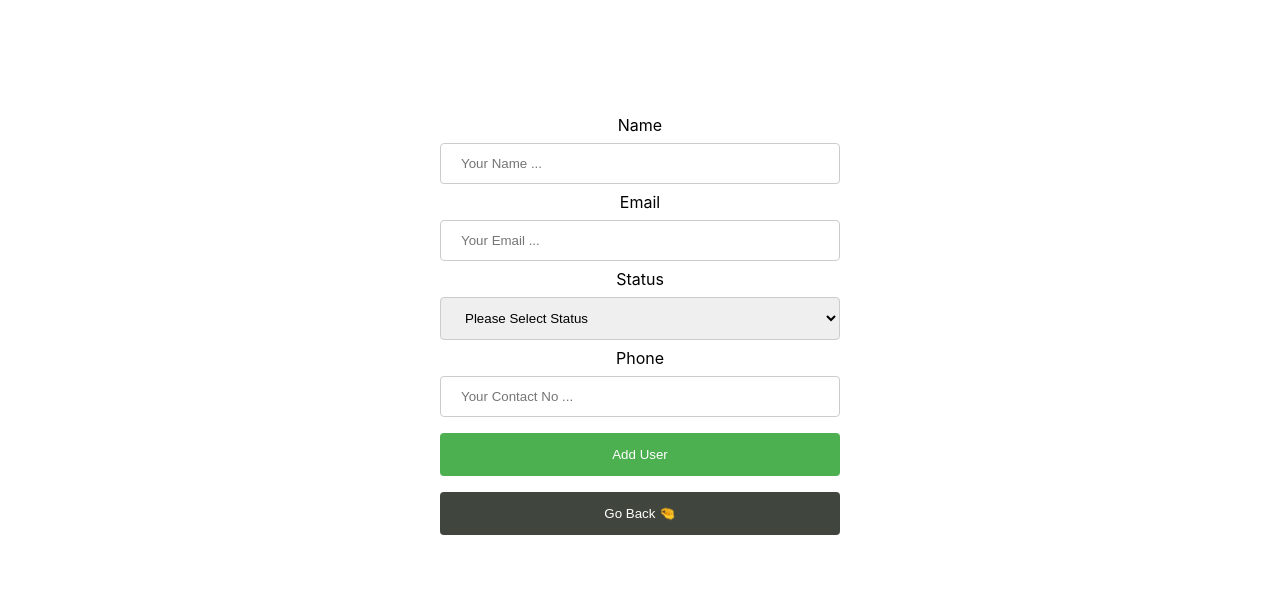
Repository: fdhhhdjd/Redux-Toolkit-CURD-Firebase
Page: /add
These files come from the project's save history. The page is drawn as it stood at one moment and after the next save; the edit follows.
The browser window is 1280 px wide. The pictures show the whole page.
The project was rebuilt for these pictures with package versions that can differ from the ones it lists, and the page was loaded fresh each time. Also part of the build but not shown: src/Styles/Home.css, src/Component/Moments.js, src/Component/Home.js, src/Styles/View.css, src/Component/View.js.

Above is the page before, as saved 2021-10-25 13:58:09.

### src/index.js
import React from "react";
import ReactDOM from "react-dom";
import "./index.css";
import App from "./App";
import store from "./Redux/Store";
import { Provider } from "react-redux";
import * as serviceWorker from "./serviceWorker";
import { ToastContextProvider } from "./ToastContext/ToastContext";

ReactDOM.render(
  <React.StrictMode>
    <Provider store={store}>
      <ToastContextProvider>
        <App />
      </ToastContextProvider>
    </Provider>
  </React.StrictMode>,
  document.getElementById("root")
);

// If you want your app to work offline and load faster, you can change
// unregister() to register() below. Note this comes with some pitfalls.
// Learn more about service workers: https://bit.ly/CRA-PWA
serviceWorker.unregister();

### src/App.js
import React from "react";
import "./App.css";
import { BrowserRouter, Switch, Route } from "react-router-dom";
import { ToastContainer } from "react-toastify";
import "react-toastify/dist/ReactToastify.css";
import { Home, View, AddEdit } from "./import/Index";
function App() {
  return (
    <>
      <BrowserRouter>
        <div className="App">
          <ToastContainer position="top-center" />
          <Switch>
            <Route exact path="/" component={Home} />
            <Route path="/add" component={AddEdit} />
            <Route path="/update/:id" component={AddEdit} />
            <Route path="/view/:id" component={View} />
          </Switch>
        </div>
      </BrowserRouter>
    </>
  );
}

export default App;

### src/Redux/Store.js
import { configureStore, createStore } from "@reduxjs/toolkit";
import logger from "redux-logger";
import thunk from "redux-thunk";
import { composeWithDevTools } from "redux-devtools-extension";
import ContactReducer from "./ContactSlice";
const middleware = [thunk];
if (process.env.NODE_ENV === "development") {
  middleware.push(logger);
}
const store = configureStore({
  reducer: {
    todos: ContactReducer,
    middleware: [logger],
  },
});

export default store;

### src/ToastContext/ToastContext.js
import React, { useState, createContext, useEffect, useRef } from "react";
export const ToastContext = createContext();
export const ToastContextProvider = ({ children }) => {
  const [list, setList] = useState([]);
  let toastProperties = null;
  const showToast = (type) => {
    switch (type) {
      case "success":
        toastProperties = {
          id: list.length + 1,
          title: "Success",
          icon: "fas fa-check-circle",
          description: "Add user Success 😊",
          backgroundColor: "toast--success",
        };
        break;
      case "danger":
        toastProperties = {
          id: list.length + 1,
          title: "Danger",
          description: "Thất bại",
          backgroundColor: "toast--error",
          button: "btn btn--danger",
          json: "fas fa-exclamation-triangle",
        };
        break;
      case "info":
        toastProperties = {
          id: list.length + 1,
          title: "Info",
          description: "Khá thành công",
          backgroundColor: "toast--info",
          json: "fas fa-info",
        };
        break;
      case "warning":
        toastProperties = {
          id: list.length + 1,
          title: "Warning",
          description: "Gần thất bại",
          backgroundColor: "toast--warning",
          json: "fas fa-radiation-alt",
        };
        break;
      default:
        toastProperties = [];
    }
    setList([...list, toastProperties]);
  };
  const data = { list, setList, showToast };

  return <ToastContext.Provider value={data}>{children}</ToastContext.Provider>;
};

### src/import/Index.js
export { default as Home } from "../Component/Home";
export { default as AddEdit } from "../Component/AddEdit";
export { default as View } from "../Component/View";

### src/Redux/ContactSlice.js
import { createSlice, createAsyncThunk } from "@reduxjs/toolkit";
import { v4 as uuidv4 } from "uuid";
import { nanoid } from "nanoid";
const initialState = {
  contacts: [
    {
      id: 1,
      name: "Nguyễn Tiến Tài",
      email: "nguyentientai10@gmai.com",
      phone: "0798805741",
      status: "Active",
    },
    {
      id: 2,
      name: "Nguyễn Hữu Quyền",
      email: "huuquyen2000@gmail.com",
      phone: "09658235656",
      status: "Inactive",
    },
    {
      id: 3,
      name: "Nguyễn Bảo Khang",
      email: "jbaokhangdesigner@gmail.com",
      phone: "0353263452",
      status: "Active",
    },
    {
      id: 4,
      name: "Bùi Huỳnh Quốc Trung	",
      email: "quoctrung@gmail.com",
      phone: "0348561815",
      status: "Inactive",
    },
    {
      id: 5,
      name: "Trần Phi Hoàng",
      email: "phihoang1@gmail.com",
      phone: "0936095986",
      status: "Active",
    },
  ],
  contact: {
    name: "",
    email: "",
    phone: "",
    status: "",
  },
  filter: "All",
};
const TodoSlice = createSlice({
  name: "todos",
  initialState,
  reducers: {
    getContact: (state, action) => {
      state.contact = state.contacts.find((item) => item.id == action.payload);
    },
    addContact: (state, action) => {
      const newData = { ...action.payload, id: uuidv4() };
      state.contacts = [...state.contacts, newData];
    },
    deleteContact: (state, action) => {
      state.contacts = state.contacts.filter(
        (item) => item.id !== action.payload
      );
    },
    updateContact: (state, action) => {
      state.contacts = state.contacts.map((item) =>
        item.id === action.payload.id ? action.payload : item
      );
    },
    setFilter: (state, action) => {
      state.filter = action.payload;
    },
  },
});
const ContactReducer = TodoSlice.reducer;
export const {
  addContact,
  deleteContact,
  getContact,
  updateContact,
  setFilter,
} = TodoSlice.actions;
export const GetTodo = (state) => state.todos;
export default ContactReducer;

### src/Component/AddEdit.js
import React, { useEffect, useState } from "react";
import {
  addContact,
  getContact,
  GetTodo,
  updateContact,
} from "../Redux/ContactSlice";
import "../Styles/AddEdit.css";
import { toast } from "react-toastify";
import { useDispatch, useSelector } from "react-redux";
import { Link, useHistory, useParams } from "react-router-dom";
import { useForm, Controller } from "react-hook-form";
const initialState = {
  name: "",
  email: "",
  phone: "",
  status: "",
};
const AddEdit = () => {
  const [state, setState] = useState(initialState);
  const dispatch = useDispatch();
  const history = useHistory();
  const { id } = useParams();
  const { name, email, phone, status } = state;
  const { contact } = useSelector(GetTodo);
  const {
    register,
    formState: { errors },
    handleSubmit,
    watch,
  } = useForm();
  const handleSubmit1 = (e, data) => {
    // e.preventDefault();
    // if (!name || !email || !phone || !status) {
    //   toast.error("Please Enter Input !!!");
    // } else {

    if (!id) {
      dispatch(addContact(state), toast.success("Add user Success 😊"));
    } else {
      dispatch(updateContact(state), toast.success("Edit user Success 👌 "));
    }
    setTimeout(() => {
      history.push("/");
    }, 500);
    // }
  };
  const handleInputChange = (e) => {
    let { name, value } = e.target;
    setState({ ...state, [name]: value });
  };
  const handleDropdownChange = (e) => {
    const { name, value } = e.target;
    setState({ ...state, [name]: value });
  };
  useEffect(() => {
    dispatch(getContact(id));
    setState({ ...contact });
  }, [id, contact]);
  return (
    <>
      <div style={{ marginTop: "100px" }}>
        <form
          style={{
            margin: "auto",
            padding: "15px",
            maxWidth: "400px",
            alignContent: "center",
          }}
          onSubmit={handleSubmit(handleSubmit1)}
        >
          <label htmlFor="name">Name</label>
          <input
            type="text"
            id="name"
            onChange={handleInputChange}
            placeholder="Your Name ..."
            value={name || ""}
            {...register("username", { required: true, maxLength: 5 })}
            name="name"
          />
          {errors.name && errors.name.type === "required" && (
            <p style={{ color: "red" }}>Name is required</p>
          )}
          <label htmlFor="email">Email</label>
          <input
            type="email"
            id="email"
            name="email"
            placeholder="Your Email ..."
            value={email || ""}
            onChange={handleInputChange}
          />
          <label htmlFor="status">Status</label>
          <select
            className="dropdown"
            name="status"
            onChange={handleDropdownChange}
          >
            <option>Please Select Status</option>
            <option value="Active" selected={status === "Active" ? status : ""}>
              Active
            </option>
            <option
              value="Inactive"
              selected={status === "Inactive" ? status : ""}
            >
              Inactive
            </option>
          </select>
          <label htmlFor="phone">Phone</label>
          <input
            type="text"
            id="phone"
            name="phone"
            placeholder="Your Contact No ..."
            value={phone || ""}
            onChange={handleInputChange}
          />
          {id ? (
            <input type="submit" value="Edit User" />
          ) : (
            <input type="submit" value="Add User" />
          )}
          <Link to="/">
            <input type="button" value="Go Back 🤏" />
          </Link>
        </form>
      </div>
    </>
  );
};

export default AddEdit;

### src/Styles/AddEdit.css
input[type="text"],
input[type="email"],
input[type="number"],
select {
  width: 100%;
  padding: 12px 20px;
  margin: 8px 0;
  display: inline-block;
  border: 1px solid #ccc;
  border-radius: 4px;
  box-sizing: border-box;
}

input[type="submit"] {
  width: 100%;
  background-color: #4caf50;
  color: white;
  padding: 14px 20px;
  margin: 8px 0;
  border: none;
  border-radius: 4px;
  cursor: pointer;
}

input[type="button"] {
  width: 100%;
  background-color: #40453e;
  color: white;
  padding: 14px 20px;
  margin: 8px 0;
  border: none;
  border-radius: 4px;
  cursor: pointer;
}

input[type="submit"]:hover {
  background-color: #45a049;
}

.dropdown {
  width: 100%;
}

Loaded but not shown: public/index.html (common file); src/index.css (common file); src/serviceWorker.js (common file); src/App.css (common file)

After the next save:
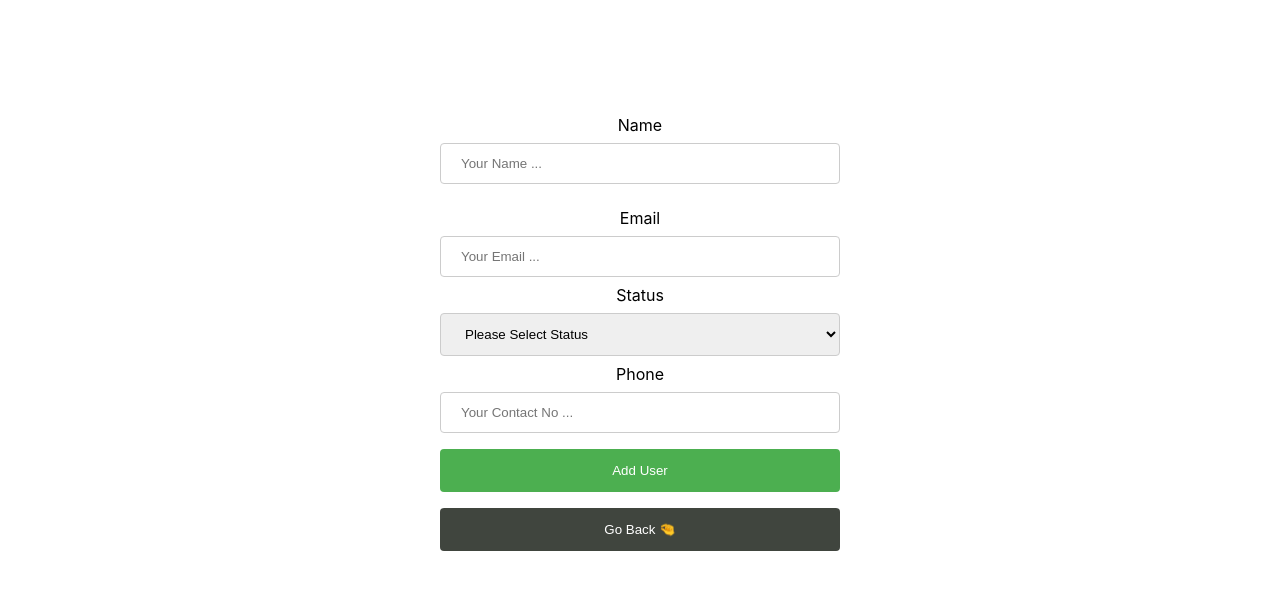
Saved 9 s later.
--- a/src/Component/AddEdit.js
+++ b/src/Component/AddEdit.js
@@ -79,9 +79,12 @@ const AddEdit = () => {
             {...register("username", { required: true, maxLength: 5 })}
             name="name"
           />
-          {errors.name && errors.name.type === "required" && (
-            <p style={{ color: "red" }}>Name is required</p>
-          )}
+          <p className="p">
+            {errors.username?.type === "required" && "First name is required"}
+            {errors?.username?.type === "maxLength" && (
+              <p>First name cannot exceed 5 characters</p>
+            )}
+          </p>
           <label htmlFor="email">Email</label>
           <input
             type="email"
